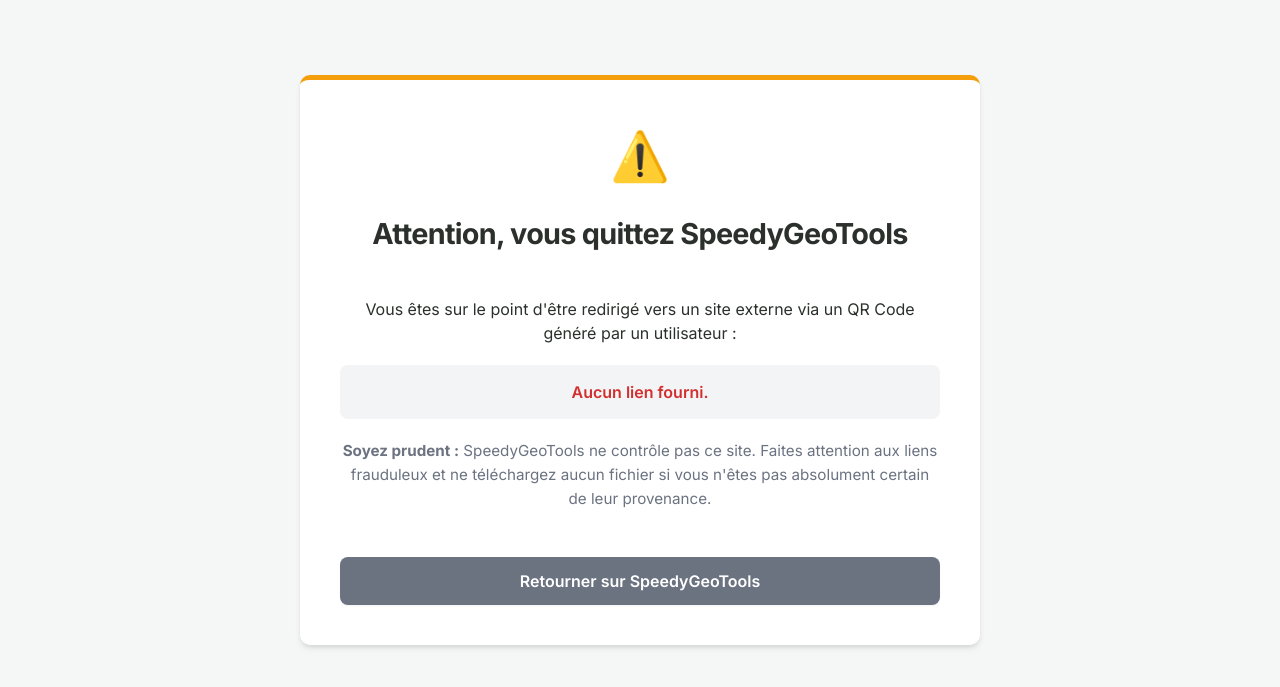
Repository: rodafux/SpeedyGeoTools
Page: redirection.html
An editor plug-in stored every save of this project. The page is shown before and after the next save, followed by the edit.
The browser window is 1280 px wide. The pictures show the whole page.

Above is the page before, as saved 2026-04-11 01:01:12.

After the next save:
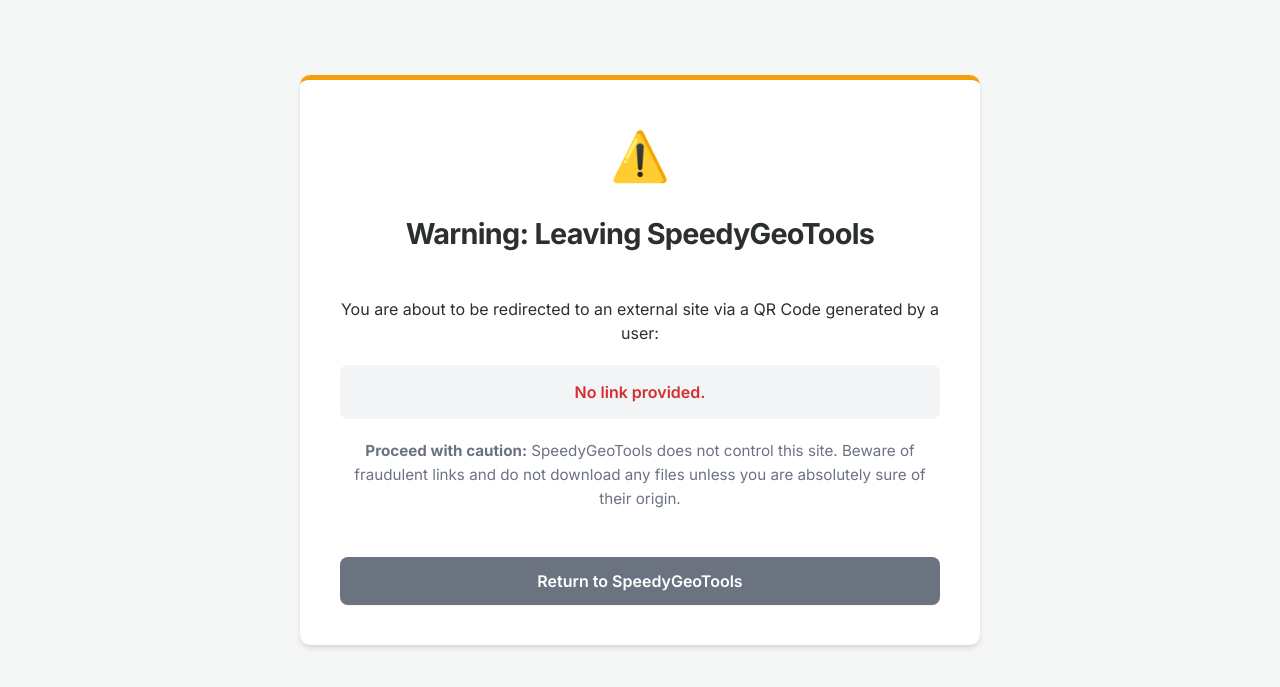
Saved 10 s later.
--- a/redirection.html
+++ b/redirection.html
@@ -1,107 +1,55 @@
 <!DOCTYPE html>
-<html lang="fr">
+<html lang="en">
 <head>
     <meta charset="UTF-8">
     <meta name="viewport" content="width=device-width, initial-scale=1.0">
-    <title>Redirection en cours - SpeedyGeoTools</title>
+    <title>Redirecting - SpeedyGeoTools</title>
+    <meta name="description" content="External link redirection warning.">
+    <link rel="alternate" hreflang="en" href="https://speedygeotools.com/redirection.html" />
+    <link rel="alternate" hreflang="fr" href="https://speedygeotools.com/fr/redirection.html" />
+    <link rel="alternate" hreflang="x-default" href="https://speedygeotools.com/redirection.html" />
     <link rel="preconnect" href="https://fonts.googleapis.com">
     <link rel="preconnect" href="https://fonts.gstatic.com" crossorigin>
     <link href="https://fonts.googleapis.com/css2?family=Inter:wght@400;500;600;700&display=swap" rel="stylesheet">
     <link rel="stylesheet" href="css/style.css">
     <style>
-        body {
-            display: flex;
-            align-items: center;
-            justify-content: center;
-            min-height: 100vh;
-            background-color: var(--bg-body);
-        }
-        .redirect-container {
-            max-width: 600px;
-            width: 90%;
-            background: var(--bg-surface);
-            padding: 40px;
-            border-radius: var(--radius);
-            box-shadow: var(--shadow-md);
-            border-top: 5px solid #f59e0b; /* Orange/jaune pour l'avertissement */
-            text-align: center;
-        }
-        .warning-icon {
-            font-size: 48px;
-            margin-bottom: 20px;
-        }
-        .redirect-container h1 {
-            border-bottom: none;
-            font-size: 1.8rem;
-            margin-bottom: 20px;
-        }
-        .target-url {
-            background: #f3f4f6;
-            padding: 15px;
-            border-radius: 8px;
-            word-break: break-all;
-            margin: 20px 0;
-            color: var(--primary-color);
-            font-weight: 600;
-        }
-        .btn-gray {
-            background-color: #6b7280 !important;
-            color: white;
-        }
-        .btn-gray:hover {
-            background-color: #4b5563 !important;
-        }
-        .action-buttons {
-            display: flex;
-            flex-direction: column;
-            gap: 15px;
-            margin-top: 35px;
-        }
-        @media (min-width: 600px) {
-            .action-buttons {
-                flex-direction: row;
-            }
-        }
+        body { display: flex; align-items: center; justify-content: center; min-height: 100vh; background-color: var(--bg-body); }
+        .redirect-container { max-width: 600px; width: 90%; background: var(--bg-surface); padding: 40px; border-radius: var(--radius); box-shadow: var(--shadow-md); border-top: 5px solid #f59e0b; text-align: center; }
+        .warning-icon { font-size: 48px; margin-bottom: 20px; }
+        .redirect-container h1 { border-bottom: none; font-size: 1.8rem; margin-bottom: 20px; }
+        .target-url { background: #f3f4f6; padding: 15px; border-radius: 8px; word-break: break-all; margin: 20px 0; color: var(--primary-color); font-weight: 600; }
+        .btn-gray { background-color: #6b7280 !important; color: white; }
+        .btn-gray:hover { background-color: #4b5563 !important; }
+        .action-buttons { display: flex; flex-direction: column; gap: 15px; margin-top: 35px; }
+        @media (min-width: 600px) { .action-buttons { flex-direction: row; } }
     </style>
 </head>
 <body>
     <div class="redirect-container">
         <div class="warning-icon">⚠️</div>
-        <h1>Attention, vous quittez SpeedyGeoTools</h1>
-        <p>Vous êtes sur le point d'être redirigé vers un site externe via un QR Code généré par un utilisateur :</p>
-
-        <div class="target-url" id="urlDisplay">Chargement du lien...</div>
-
+        <h1>Warning: Leaving SpeedyGeoTools</h1>
+        <p>You are about to be redirected to an external site via a QR Code generated by a user:</p>
+        <div class="target-url" id="urlDisplay">Loading link...</div>
         <p style="color: var(--text-muted); font-size: 0.95rem; line-height: 1.6;">
-            <strong>Soyez prudent :</strong> SpeedyGeoTools ne contrôle pas ce site. Faites attention aux liens frauduleux et ne téléchargez aucun fichier si vous n'êtes pas absolument certain de leur provenance.
+            <strong>Proceed with caution:</strong> SpeedyGeoTools does not control this site. Beware of fraudulent links and do not download any files unless you are absolutely sure of their origin.
         </p>
-
         <div class="action-buttons">
-            <button class="btn-gray" onclick="window.location.href='index.html'">Retourner sur SpeedyGeoTools</button>
-            <button id="continueBtn" style="background-color: var(--primary-color);">Je comprends et je souhaite continuer</button>
+            <button class="btn-gray" onclick="window.location.href='index.html'">Return to SpeedyGeoTools</button>
+            <button id="continueBtn" style="background-color: var(--primary-color);">I understand and wish to continue</button>
         </div>
     </div>
-
     <script>
         document.addEventListener('DOMContentLoaded', () => {
-            // Récupérer l'URL cible passée en paramètre
             const urlParams = new URLSearchParams(window.location.search);
             let targetUrl = urlParams.get('url');
-
             const urlDisplay = document.getElementById('urlDisplay');
             const continueBtn = document.getElementById('continueBtn');
-
             if (targetUrl) {
-                // S'assurer que le lien commence par http ou https pour des raisons de sécurité
-                if (!targetUrl.startsWith('http://') && !targetUrl.startsWith('https://')) {
-                    targetUrl = 'https://' + targetUrl;
-                }
+                if (!targetUrl.startsWith('http://') && !targetUrl.startsWith('https://')) { targetUrl = 'https://' + targetUrl; }
                 urlDisplay.textContent = targetUrl;
-                continueBtn.onclick = () => {
-                    window.location.href = targetUrl;
-                };
+                continueBtn.onclick = () => { window.location.href = targetUrl; };
             } else {
-                urlDisplay.textContent = "Aucun lien fourni.";
+                urlDisplay.textContent = "No link provided.";
                 urlDisplay.style.color = "#d32f2f";
                 continueBtn.style.display = 'none';
             }
